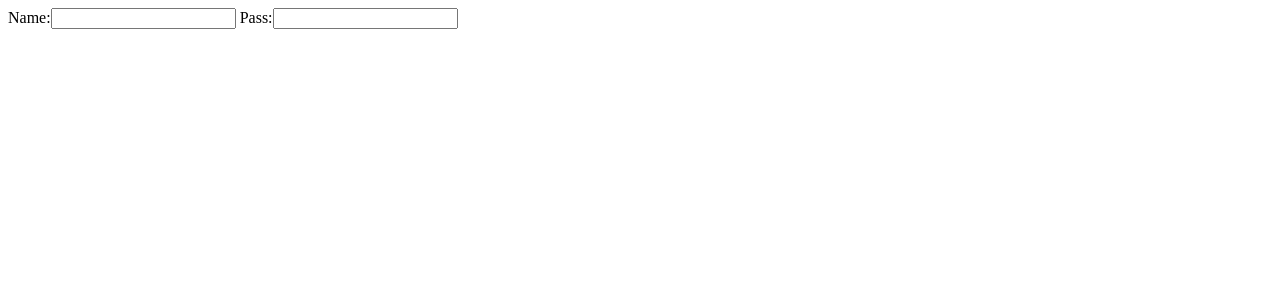
Repository: Karthi-Mano/AdvanceJavaPrograms
Page: DemoServletExample/WebContent/LoginForm.html
The author's editor kept a copy of each file at every save. The page is drawn from the files as they stood at one save, then again after the next save.
The browser window is 1280 px wide. The pictures show the whole page.

Above is the page before, as saved 2017-09-20 10:11:59.

### DemoServletExample/WebContent/LoginForm.html
<!DOCTYPE html>
<html>
<head>
<meta charset="ISO-8859-1">
<title>Insert title here</title>
</head>
<body>
<form>
Name:<input type="text"/>
Pass:<input type="text"/>
</form>
</body>
</html>

After the next save:
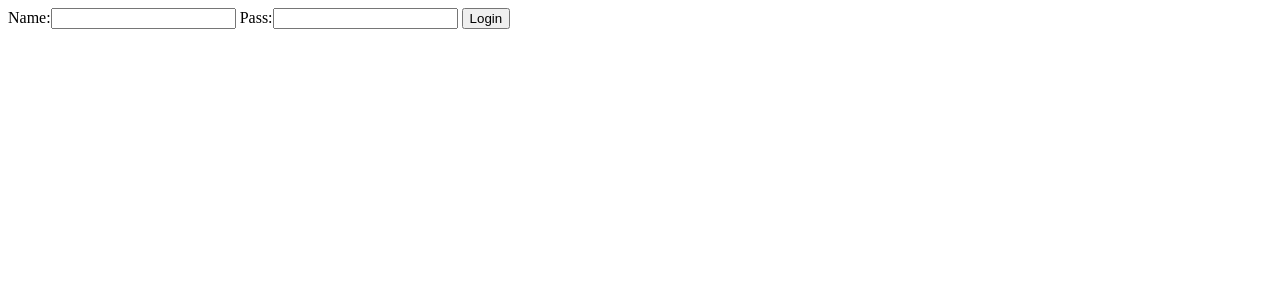
Saved 22 s later.
--- a/DemoServletExample/WebContent/LoginForm.html
+++ b/DemoServletExample/WebContent/LoginForm.html
@@ -8,6 +8,7 @@
 <form>
 Name:<input type="text"/>
 Pass:<input type="text"/>
+<input type="submit" value="Login"/>
 </form>
 </body>
 </html>
